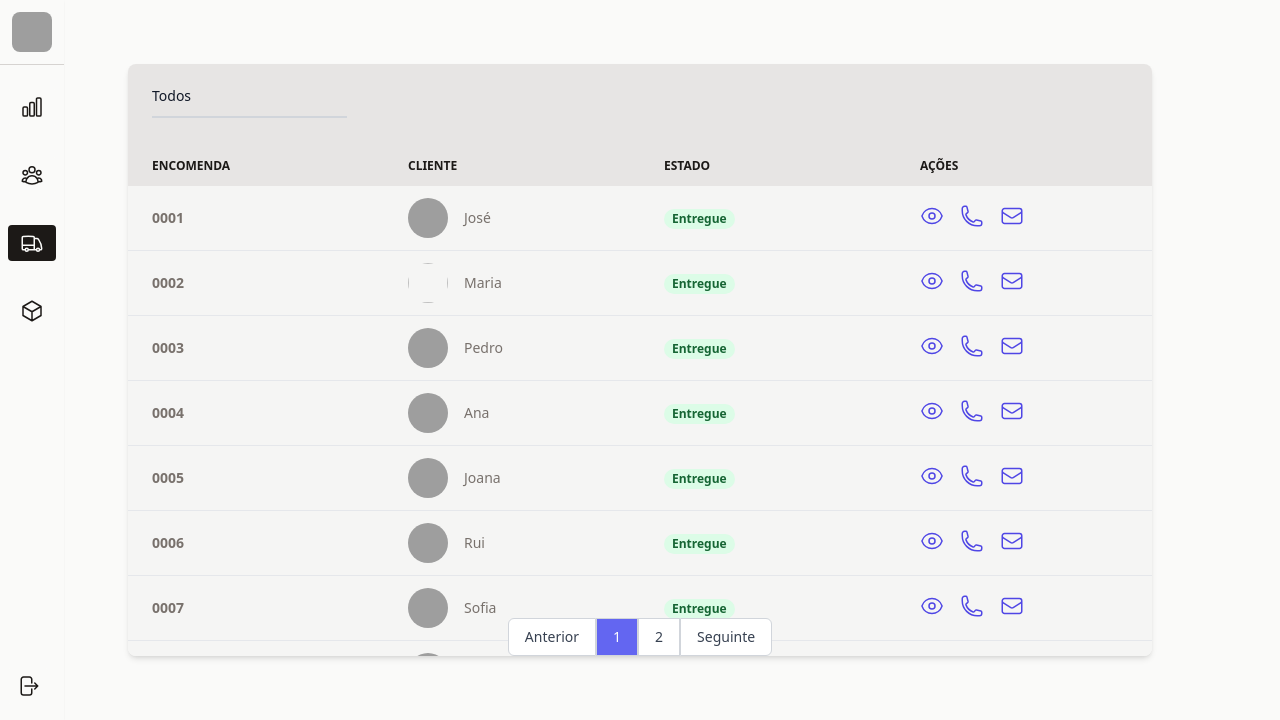
Repository: XavierOtavio/Cuzinhas
Page: /dashboard/orders
These files come from the project's save history. The page is drawn as it stood at one moment and after the next save; the edit follows.
The browser window is 1280 px wide. The pictures show the whole page.
Pictures or frames that could not be fetched are drawn as grey boxes. An inner scrolling area shows only its first screen. The project was rebuilt for these pictures with package versions that can differ from the ones it lists, and the page was loaded fresh each time. Also part of the build but not shown: src/components/Logotipo.js, src/components/Header.js, src/components/Dashboard.js, src/components/Login.js, src/components/Register.js, src/components/Home.js, src/components/LayoutFront.js.

Above is the page before, as saved 2023-03-08 16:19:39.

After the next save:
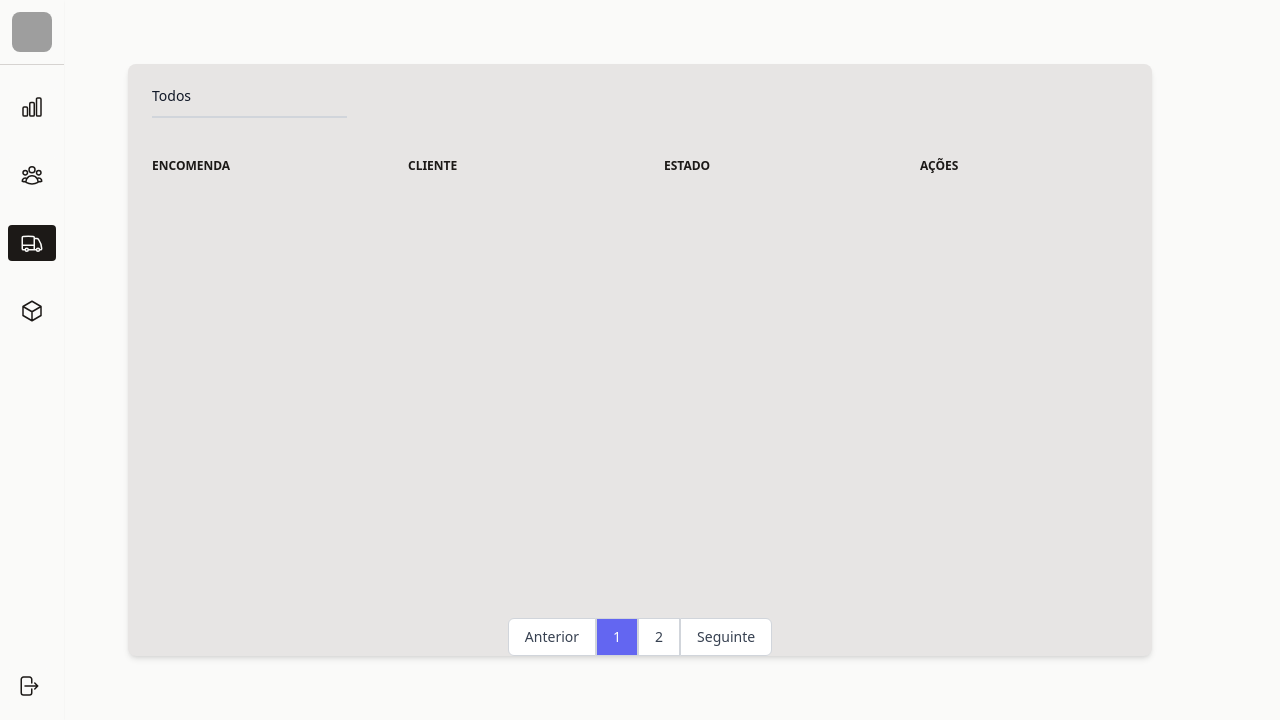
Saved 55 s later.
--- a/src/components/Orders.js
+++ b/src/components/Orders.js
@@ -185,7 +185,7 @@
           </tr>
         </thead>
         <tbody>
-          {filteredOrders.map((order) => (
+          {sliceData(filteredOrders).map((order) => (
             <tr key={order.id} className="bg-stone-100 border-b">
               <th
                 scope="row"

After the save that followed:
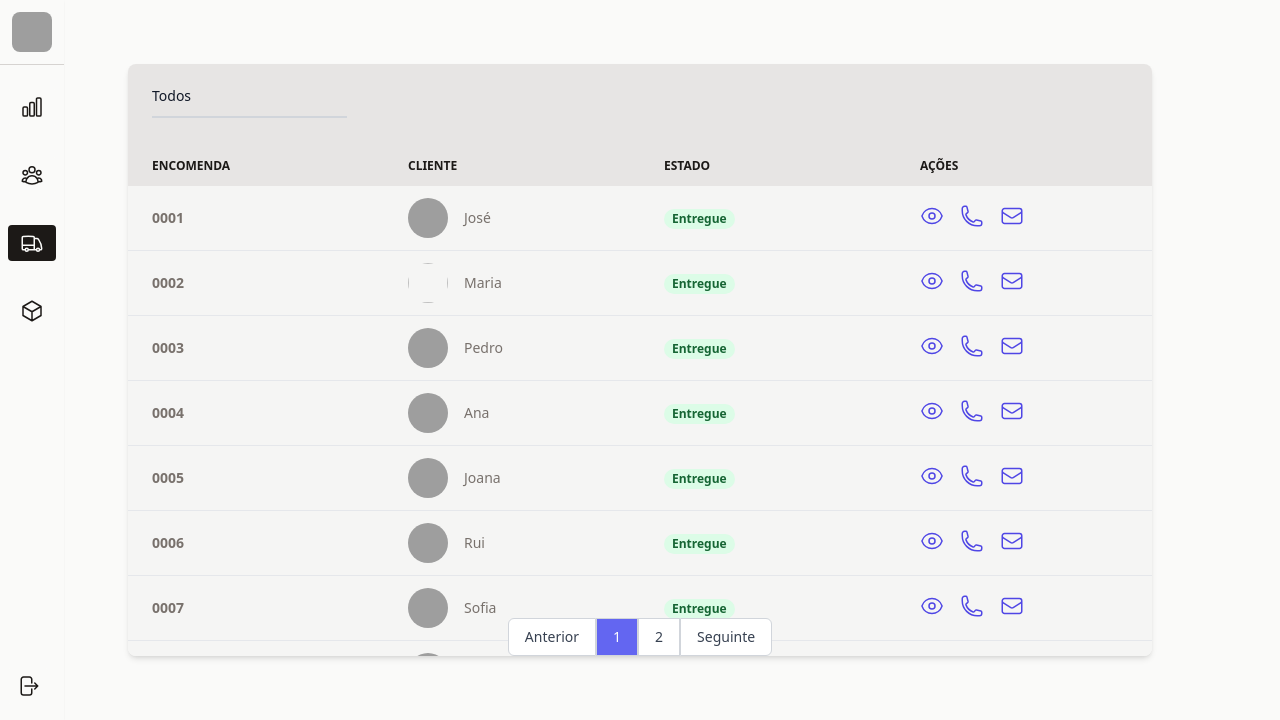
Saved 45 s later.
--- a/src/components/Orders.js
+++ b/src/components/Orders.js
@@ -185,7 +185,7 @@
           </tr>
         </thead>
         <tbody>
-          {sliceData(filteredOrders).map((order) => (
+          {sliceData(filteredOrders, page).map((order) => (
             <tr key={order.id} className="bg-stone-100 border-b">
               <th
                 scope="row"
